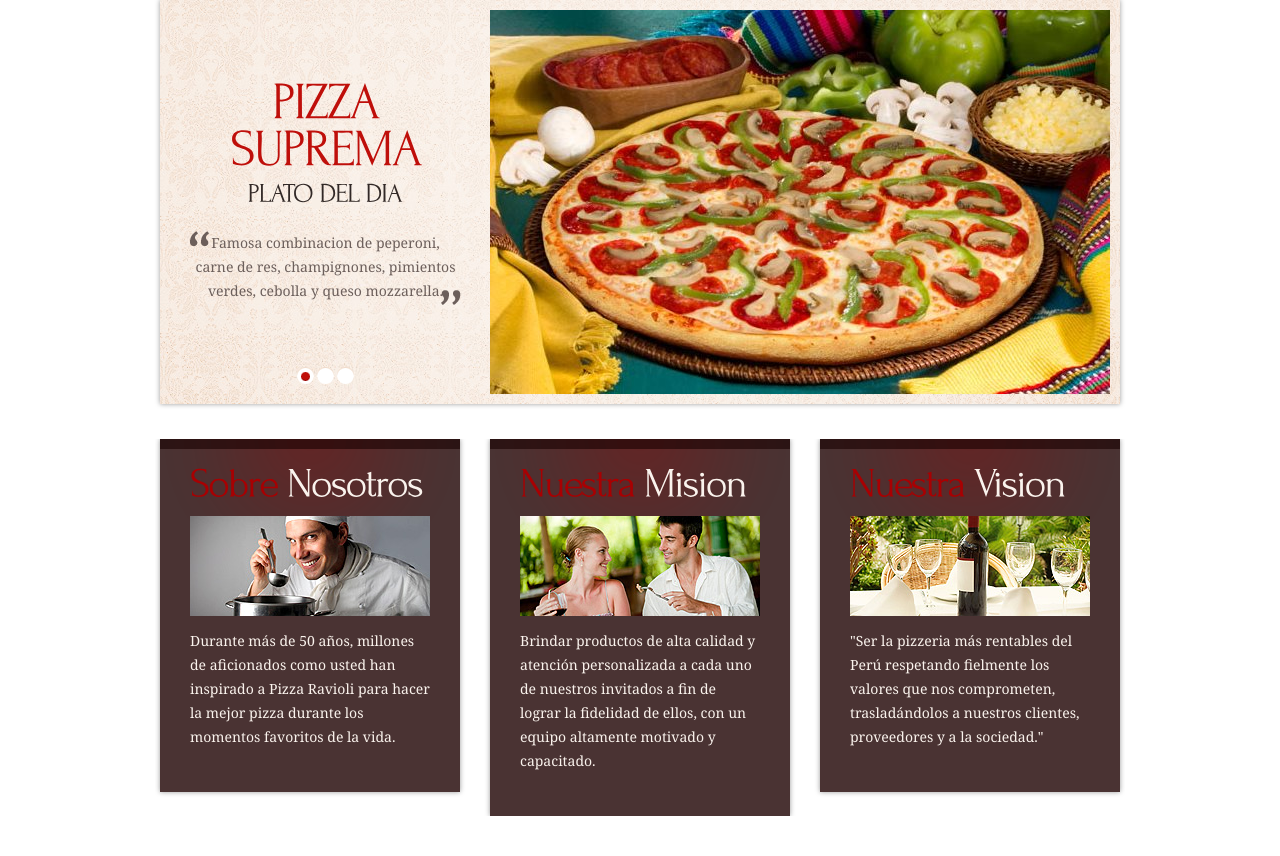
Repository: ProSoft-PDSI/sdsddo
Page: http://localhost/sdsr/home.jsp
The author's editor kept a copy of each file at every save. The page is drawn from the files as they stood at one save, then again after the next save.
The browser window is 1280 px wide. The pictures show the whole page.
The page is served by Tomcat 9. Other server files are loaded and not shown.

Above is the page before, as saved 2014-07-19 23:06:21.

### Web/sdsr/WebContent/home.jsp
<%@ page language="java" contentType="text/html; charset=ISO-8859-1"
	pageEncoding="ISO-8859-1"%>
<!DOCTYPE html>
<html lang="es">
<head>
<meta charset="utf-8" />
<%@ include file="Carga.jsp"%>
<style type="text/css">
body {
	Background: transparent;
}
</style>
</head>
<body id="page1">
	<div class="body6" id="marco">
		<div class="body1" id="marco">
			<div class="body5" id="marco">
				<div class="main">
					<article id="content">
						<div class="slider_bg">
							<div class="slider">
								<ul class="items">
									<li><img src="images/img1.jpg" alt="">
										<div class="banner">
											<strong>Pizza<span>Suprema</span></strong> <b>Plato del
												Dia</b>
											<p>
												<span>Famosa combinacion de peperoni,<br> carne
													de res, champignones, pimientos verdes, cebolla y queso
													mozzarella.
												</span>
											</p>
										</div></li>
									<li><img src="images/img2.jpg" alt="">
										<div class="banner">
											<strong>Lasaña<span>Florentina</span></strong> <b>Plato
												del Dia</b>
											<p>
												<span>Deliciosa combinacion <br> de salsa
													blanca, espinaca y jamon.
												</span>
											</p>
										</div></li>
									<li><img src="images/img3.jpg" alt="">
										<div class="banner">
											<strong>Pesto<span>Chicken</span></strong> <b>Nuevo Plato</b>
											<p>
												<span>Exquisita combinacion <br> pechuga de
													pollo rociados con pesto, queso mozzarella y queso
													parmesano.
												</span>
											</p>
										</div></li>
								</ul>
							</div>
						</div>
						<div class="wrap">
							<section class="cols">
								<div class="box">
									<div>
										<h2>
											Sobre<span> Nosotros</span>
										</h2>
										<figure>
											<img src="images/page1_img2.jpg" alt="">
										</figure>
										<p class="pad_bot1">Durante más de 50 años, millones de
											aficionados como usted han inspirado a Pizza Ravioli para
											hacer la mejor pizza durante los momentos favoritos de la
											vida.</p>
									</div>
								</div>
							</section>
							<section class="cols pad_left1">
								<div class="box">
									<div>
										<h2>
											Nuestra<span> Mision</span>
										</h2>
										<figure>
											<img src="images/page1_img3.jpg" alt="">
										</figure>
										<p class="pad_bot1">Brindar productos de alta calidad y
											atención personalizada a cada uno de nuestros invitados a fin
											de lograr la fidelidad de ellos, con un equipo altamente
											motivado y capacitado.</p>
									</div>
								</div>
							</section>
							<section class="cols pad_left1">
								<div class="box">
									<div>
										<h2>
											Nuestra<span> Vision</span>
										</h2>
										<figure>
											<img src="images/page1_img1.jpg" alt="">
										</figure>
										<p class="pad_bot1">"Ser la pizzeria más rentables del
											Perú respetando fielmente los valores que nos comprometen,
											trasladándolos a nuestros clientes, proveedores y a la
											sociedad."</p>
									</div>
								</div>
							</section>
						</div>
					</article>
				</div>
			</div>
		</div>
	</div>
	<script type="text/javascript">
		Cufon.now();
	</script>
</body>
</html>

### Web/sdsr/WebContent/Carga.jsp
<link rel="stylesheet" href="css/reset.css" type="text/css" media="all">
<link rel="stylesheet" href="css/layout.css" type="text/css" media="all">
<link rel="stylesheet" href="css/style.css" type="text/css" media="all">
<link rel="stylesheet" href="css/estilos.css" type="text/css" media="all">
<script type="text/javascript" src="js/jquery-1.6.js" ></script>
<script type="text/javascript" src="js/cufon-yui.js"></script>
<script type="text/javascript" src="js/cufon-replace.js"></script>
<script type="text/javascript" src="js/Forum_400.font.js"></script>
<script type="text/javascript" src="js/jquery.easing.1.3.js"></script>
<script type="text/javascript" src="js/tms-0.3.js"></script>
<script type="text/javascript" src="js/tms_presets.js"></script>
<script type="text/javascript" src="js/script.js"></script>
<script type="text/javascript" src="js/atooltip.jquery.js"></script>

### Web/sdsr/WebContent/css/layout.css
.col1, .col2, .col3, .cols  {float:left}
.cols {width:300px}
.col1 {width:630px}
.col2 {width:240px}
.col3 {width:570px}
/* index.html */
/* index-1.html */
#page2 .box .list1 {margin-top:-7px}
/* index-2.html */
#page3 h2.letter_spacing {word-spacing:-2px}
/* index-3.html */
#page4 .box .list1 {margin-top:-7px}
#page4 h2.pad_bot1 {padding-bottom:5px}
/* index-4.html */
#page5 .box > div {background: url(../images/box_top2.png) top center no-repeat}
#page5 #content2 h2 {padding-bottom:4px}
/* index-5.html */
/* index-6.html */

### Web/sdsr/WebContent/css/style.css
/* Getting the new tags to behave */
article, aside, audio, canvas, command, datalist, details, embed, figcaption, figure, footer, header, hgroup, keygen, meter, nav, output, progress, section, source, video {display:block}
mark, rp, rt, ruby, summary, time {display:inline}
/* Left & Right alignment */
.left {float:left}
.right {float:right}
.wrapper {width:100%;overflow:hidden}
.wrap{overflow:hidden;width:965px;margin-left:-5px;padding-left:5px}
/* Global properties */
body {background:url(../images/bg_bot.jpg) center 0 repeat #faf3ed;border:0;font:14px Georgia, "Times New Roman", Times, serif;color:#200;line-height:24px}
.ic, .ic a {border:0;float:right;background:#fff;color:#f00;width:50%;line-height:10px;font-size:10px;margin:-220% 0 0 0;overflow:hidden;padding:0}
.css3{border-radius:8px;-moz-border-radius:8px;-webkit-border-radius:8px;box-shadow:0 0 4px rgba(0, 0, 0, .4);-moz-box-shadow:0 0 4px rgba(0, 0, 0, .4);-webkit-box-shadow:0 0 4px rgba(0, 0, 0, .4);position:relative}
/* Global Structure */
.main {	margin:0 auto;	width:960px}
.body1 {background:url(../images/restaurant.jpg) top center no-repeat}
.body2 {background:#faf3ed}
.body3 {background:url(../images/bg_bot.jpg) top center repeat}
.body4 {background:url(../images/bg_bot_img.jpg) top center no-repeat}
.body5 {background:url(../images/slider_shadow.png) center 508px no-repeat}
.body6 {background:url(../images/bg_top.jpg) top repeat-x}
/* main layout */
a {color:#a80002;text-decoration:none;outline:none}
a:hover {text-decoration:underline}
h1 {float:left;padding:0px 0 0 36px}
h2 {font-size:41px;line-height:1.2em;color:#200000;padding:16px 0 12px 0;letter-spacing:-2px}
h2.letter_spacing {letter-spacing:-3px}
h3 {font-size:27px;color:#230000;line-height:1.2em;padding:20px 0 9px 0;letter-spacing:-1px}
h3 span {color:#a80002}
p {padding-bottom:24px}
/* header */
header {height:121px;padding-top:31px;width:100%;overflow:hidden}
label {
	display: block;
	color: #999;
}
.cf:before,
.cf:after {
    content: "";
    display: table;
}

.cf:after {
    clear: both;
}
.cf {
    *zoom: 1;
}
:focus {
	outline: 0;
}
.loginform {
	width: 410px;
	margin: 10px auto;
	padding: 10px;
	border-radius: 3px;
    box-shadow: 0px 0px 5px 0px rgba(0, 0, 0, 0.2),
    			inset 0px 1px 0px 0px rgba(250, 250, 250, 0.5);
    border: 1px solid rgba(0, 0, 0, 0.3);
    float: right;
}
.loginform ul {
	padding: 0;
	margin: 0;
}
.loginform li {
	display: inline;
	float: left;
}
.loginform input:not([type=submit]) {
	padding: 3px;
	margin-right: 10px;
	border: 1px solid rgba(0, 0, 0, 0.3);
	border-radius: 3px;
	box-shadow: inset 0px 1px 3px 0px rgba(0, 0, 0, 0.1),
				0px 1px 0px 0px rgba(250, 250, 250, 0.5) ;
}
.loginform input[type=submit] {
	border: 1px solid rgba(0, 0, 0, 0.3);
	background: #64c8ef; /* Old browsers */
	background: -moz-linear-gradient(top,  #64c8ef 0%, #00a2e2 100%); /* FF3.6+ */
	background: -webkit-gradient(linear, left top, left bottom, color-stop(0%,#64c8ef), color-stop(100%,#00a2e2)); /* Chrome,Safari4+ */
	background: -webkit-linear-gradient(top,  #64c8ef 0%,#00a2e2 100%); /* Chrome10+,Safari5.1+ */
	background: -o-linear-gradient(top,  #64c8ef 0%,#00a2e2 100%); /* Opera 11.10+ */
	background: -ms-linear-gradient(top,  #64c8ef 0%,#00a2e2 100%); /* IE10+ */
	background: linear-gradient(to bottom,  #64c8ef 0%,#00a2e2 100%); /* W3C */
	filter: progid:DXImageTransform.Microsoft.gradient( startColorstr='#64c8ef', endColorstr='#00a2e2',GradientType=0 ); /* IE6-9 */
	color: #fff;
	padding: 5px 15px;
	margin-right: 0;
	margin-top: 13px;
	border-radius: 3px;
	text-shadow: 1px 1px 0px rgba(0, 0, 0, 0.3);
}

.ac_content h1{
	color:#fff;
	display:block;
	float:left;
	width:80px;
	height:20px;
	padding:0px;
	font-size:28px;
	font-weight:bold;
	line-height:30px;
	margin-right:1px;
}
.ac_content h1 span{
	display:block;
	font-weight:normal;
	font-size:18px;
}

#top_nav {float:right;padding:4px 43px 30px 0}
#top_nav li {float:left;padding:3px 26px 5px 0;background:url(../images/top_line.gif) right 0 no-repeat;margin-right:25px}
#top_nav li a {display:block;line-height:0}
#top_nav .end {background:none;padding-right:0;margin-right:0}
#menu {width:633px;float:right;padding:0 0 0 0}
#menu li {float:left;padding-left:3px}
#menu li a {display:block;font-size:24px;color:#faf3ed;line-height:75px;padding:0 15px;height:60px;letter-spacing:-1px}
/* #menu li a {display:block;font-size:24px;color:#faf3ed;line-height:100px;padding:0 15px;height:80px;letter-spacing:-1px}*/
#menu li a:hover, #menu .active a {text-decoration:none;background:url(../images/menu_bg.png) repeat}
.slider_bg {width:100%;height:404px;background: url(../images/bg_slider.jpg) 0 0 no-repeat;position:relative;overflow:hidden;box-shadow:0 0 5px rgba(0, 0, 0, .4);-moz-box-shadow:0 0 5px rgba(0, 0, 0, .4);-webkit-box-shadow:0 0 5px rgba(0, 0, 0, .4);margin-bottom:35px}
.slider {top:10px;right:10px;position:absolute;z-index:1;width:920px}
.slider .items {display:none}
.slider .pic {float:right;position:relative}
.banner {left:0px;top:0;position:absolute;width:271px;z-index:2;text-align:center}
.banner strong {font-size:52px;color:#bf0f0a;display:block;line-height:1.2em;text-transform:uppercase;padding:55px 0 0 0;letter-spacing:-2px}
.banner strong span {display:block;margin-top:-16px}
.banner b {display:block;font-size:27px;color:#312826;text-transform:uppercase;padding:0 0 23px 0;line-height:1.2em;letter-spacing:-1px}
.banner p {background:url(../images/quot1.png) 0 0 no-repeat}
.banner p span {display:block;background:url(../images/quot2.png) right bottom no-repeat;padding:0 0 0 0;color:#6c5f5b;padding-bottom:2px}
.slider .pagination {position:absolute;z-index:2;bottom:10px;left:107px}
.slider .pagination li {float:left;padding-right:3px}
.slider .pagination a {display:block;width:17px;height:17px;text-indent:-9999px;background:url(../images/buttons.png) right 0 no-repeat}
.slider .pagination a:hover, .slider .pagination .current a {background-position:left}
/* content */
#content {padding-bottom:40px}
#content2 {padding-bottom:31px}
.pad_left1 {padding-left:30px}
.pad_bot1 {padding-bottom:13px}
.pad_bot2 {padding-bottom:24px}
.marg_right1 {margin-right:20px}
.box {background:url(../images/box_bg.png) repeat;color:#faf3ed;box-shadow:0 0 5px rgba(0, 0, 0, .4);-moz-box-shadow:0 0 5px rgba(0, 0, 0, .4);-webkit-box-shadow:0 0 5px rgba(0, 0, 0, .4)}
.box > div {background:url(../images/box_top.png) 0 top no-repeat;padding:30px;padding-top:0;overflow:hidden}
.box h2 {color:#a80002;padding:15px 0 12px 0}
.box h2 span {color:#faf3ed}
.box figure {padding-bottom:13px}
.list1 li a {font-style:italic;padding-left:12px;background:url(../images/marker_1.gif) 1px 8px no-repeat;color:#faf3ed}
.list_1 {color:#fff}
.list_1:hover {text-decoration:none}
.button1 {display:inline-block;font-size:20px;color:#faf3ed;line-height:34px;padding:0 15px;background:#a80002;letter-spacing:-1px}
.button1:hover {text-decoration:none;color:#1e0000;background:#faf3ed}
.testimonials li span {float:left;width:40px;height:40px;font-size:30px;color:#faf3ed;line-height:34px;text-align:center;background:#a80002;margin-right:20px}
.testimonials li p {float:left;width:180px;padding-bottom:15px}
.testimonials li img {padding-top:2px}
.line1 {background:url(../images/line_vert1.gif) 285px 0 repeat-y}
.line2 {background:url(../images/line_vert1.gif) 615px 0 repeat-y}
.price {margin-top:-7px}
.price li {overflow:hidden;background:url(../images/price_bg.gif) 0 -6px repeat-x}
.price a {float:left;color:#220000;background:url(../images/marker_2.gif) 1px 11px no-repeat #faf3ed;padding-left:12px}
.price a:hover {text-decoration:none;color:#a80002}
.price span {float:right;background:#faf3ed}
.address {padding-bottom:0}
.address span {float:left;width:84px}
/* footer */
footer {height:138px;font:13px "Trebuchet MS", Arial, Helvetica, sans-serif;color:#696969;line-height:18px}
footer a {color:#c53005;text-decoration:underline}
footer a:hover {text-decoration:none}
#icons {padding:5px 0 0 0}
#icons li {float:left;padding-right:9px}
/* Tooltips */
.aToolTip {background:#a80002;color:#fff;	margin:0;padding:2px 10px 3px;font-size:11px;position:absolute;line-height:17px}
.aToolTip .aToolTipContent {position:relative;	margin:0;padding:0}
/* forms */
#ContactForm {margin-top:-5px;width:910px}
#ContactForm span {float:left;width:111px;line-height:20px}
#ContactForm .wrapper {min-height:24px}
#ContactForm .textarea_box {min-height:170px;width:100%;overflow:hidden;padding-bottom:9px}
#ContactForm {}
#ContactForm a {margin-left:20px;float:right}
#ContactForm .input {width:399px;height:18px;background:#faf3ed;padding:1px 5px;color:#220000;font:14px Georgia, "Times New Roman", Times, serif;margin:0;float:left}
#ContactForm textarea {overflow:auto;width:789px;height:163px;background:#faf3ed;padding:1px 5px;color:#220000;font:14px Georgia, "Times New Roman", Times, serif;margin:0}

### Web/sdsr/WebContent/css/estilos.css
#marco{
	background: transparent;
}

.marco{
	height:80em;
	width:101%;
}

### Web/sdsr/WebContent/js/cufon-replace.js
Cufon.replace('#menu a, .banner strong, .banner b, h2, h3', { fontFamily: 'Forum', hover:true });

### Web/sdsr/WebContent/js/atooltip.jquery.js
/*
	jQuery Version:				jQuery 1.3.2
	Plugin Name:				aToolTip V 1.0
	Plugin by: 					Ara Abcarians: http://ara-abcarians.com
	License:					aToolTip is licensed under a Creative Commons Attribution 3.0 Unported License
								Read more about this license at --> http://creativecommons.org/licenses/by/3.0/
*/
(function($) {
    $.fn.aToolTip = function(options) {

    	// setup default settings
    	var defaults = {
    		clickIt: false,
    		closeTipBtn: 'aToolTipCloseBtn',
    		fixed: false,
    		inSpeed: 200,
    		outSpeed: 0,
    		tipContent: '',
    		toolTipClass: 'aToolTip',
    		xOffset: 5,
    		yOffset: 5
    	},

    	// This makes it so the users custom options overrides the default ones
    	settings = $.extend({}, defaults, options);

		return this.each(function() {
			var obj = $(this);
			// Decide weather to use a title attr as the tooltip content
			if(obj.attr('title')){
				// set the tooltip content/text to be the obj title attribute
				var tipContent = obj.attr('title');
			} else {
				// if no title attribute set it to the tipContent option in settings
				var tipContent = settings.tipContent;
			}

			// check if obj has a title attribute and if click feature is off
			if(tipContent && !settings.clickIt){
				// Activate on hover
				obj.hover(function(el){
					obj.attr({title: ''});
					$('body').append("<div class='"+ settings.toolTipClass +"'><p class='aToolTipContent'>"+ tipContent +"</p></div>");
					$('.' + settings.toolTipClass).css({
						position: 'absolute',
						display: 'none',
						zIndex: '50000',
						top: (obj.offset().top - $('.' + settings.toolTipClass).outerHeight() - settings.yOffset) + 'px',
						left: (obj.offset().left + 1/2*(obj.outerWidth()) + settings.xOffset) + 'px'
					})
					.stop().fadeIn(settings.inSpeed);
			    },
				function(){
					// Fade out
					$('.' + settings.toolTipClass).stop().fadeOut(settings.outSpeed, function(){$(this).remove();});
			    });
		    }

		    // Follow mouse if fixed is false and click is false
		    if(!settings.fixed && !settings.clickIt){
				obj.mousemove(function(el){
					$('.' + settings.toolTipClass).css({
						top: (el.pageY - $('.' + settings.toolTipClass).outerHeight() - settings.yOffset),
						left: (el.pageX + settings.xOffset)
					})
				});
			}

		    // check if click feature is enabled
		    if(tipContent && settings.clickIt){
				// Activate on click
				obj.click(function(el){
					obj.attr({title: ''});
					$('body').append("<div class='"+ settings.toolTipClass +"'><p class='aToolTipContent'>"+ tipContent +"</p></div>");
					$('.' + settings.toolTipClass).append("<a class='"+ settings.closeTipBtn +"' href='#' alt='close'>close</a>");
					$('.' + settings.toolTipClass).css({
						position: 'absolute',
						display: 'none',
						zIndex: '50000',
						top: (obj.offset().top - $('.' + settings.toolTipClass).outerHeight() - settings.yOffset) + 'px',
						left: (obj.offset().left + obj.outerWidth() + settings.xOffset) + 'px'
					})
					.fadeIn(settings.inSpeed);
					// Click to close tooltip
					$('.' + settings.closeTipBtn).click(function(){
						$('.' + settings.toolTipClass).fadeOut(settings.outSpeed, function(){$(this).remove();});
						return false;
					});
					return false;
			    });
		    }

		}); // END: return this

		// returns the jQuery object to allow for chainability.
        return this;
    };
})(jQuery);

$(document).ready(function() {
		// tool tip
	$('.normaltip').aToolTip({
    	toolTipClass: 'aToolTip'});

})

Loaded but not shown: Web/sdsr/WebContent/css/reset.css (common file); Web/sdsr/WebContent/js/jquery-1.6.js (library); Web/sdsr/WebContent/js/cufon-yui.js (library); Web/sdsr/WebContent/js/Forum_400.font.js (library); Web/sdsr/WebContent/js/jquery.easing.1.3.js (library); Web/sdsr/WebContent/js/script.js (common file); Web/sdsr/WebContent/js/tms_presets.js (489 lines, source omitted); Web/sdsr/WebContent/js/tms-0.3.js (395 lines, source omitted)

After the next save:
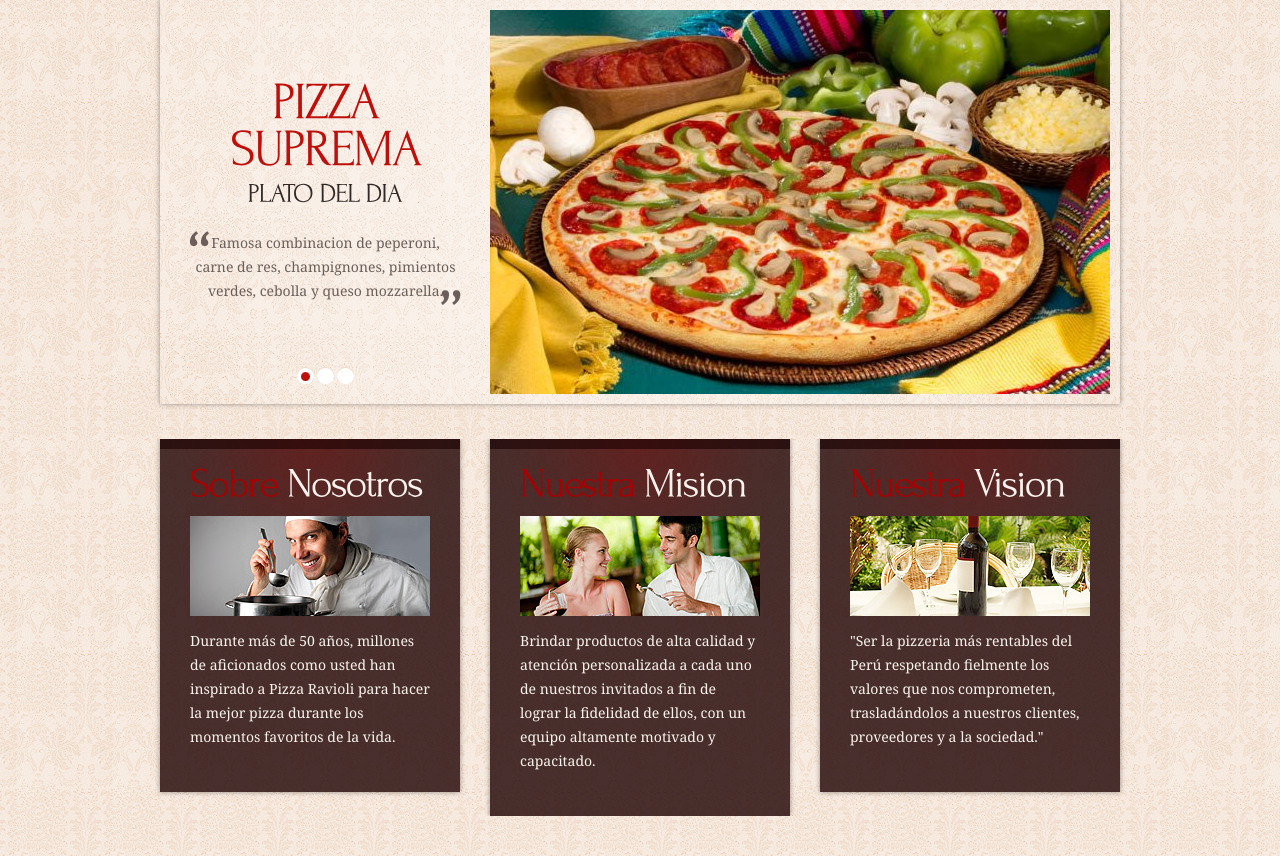
Saved 42 s later.
--- a/Web/sdsr/WebContent/home.jsp
+++ b/Web/sdsr/WebContent/home.jsp
@@ -5,11 +5,7 @@
 <head>
 <meta charset="utf-8" />
 <%@ include file="Carga.jsp"%>
-<style type="text/css">
-body {
-	Background: transparent;
-}
-</style>
+
 </head>
 <body id="page1">
 	<div class="body6" id="marco">
